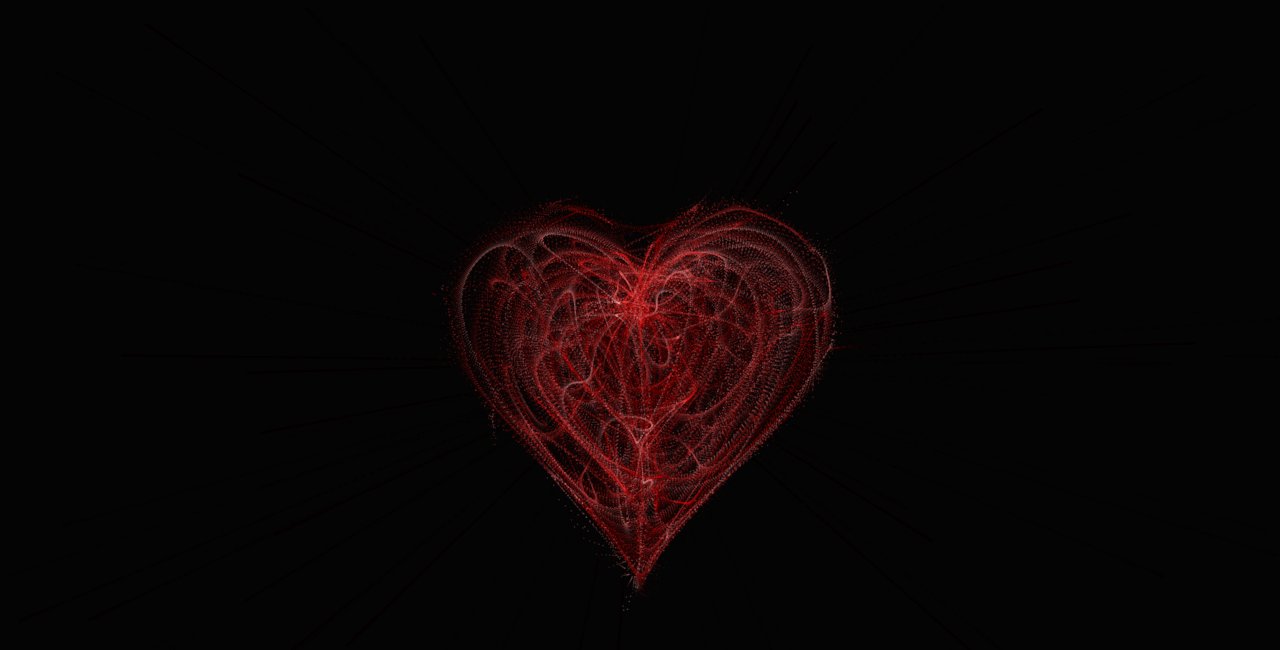
Repository: ngoclong2904/codeTraiTim
Page: traiTim.html
The author's editor kept a copy of each file at every save. The page is drawn from the files as they stood at one save, then again after the next save.
The browser window is 1280 px wide. The pictures show the whole page.

Above is the page before, as saved 2022-11-09 00:29:54.

After the next save:
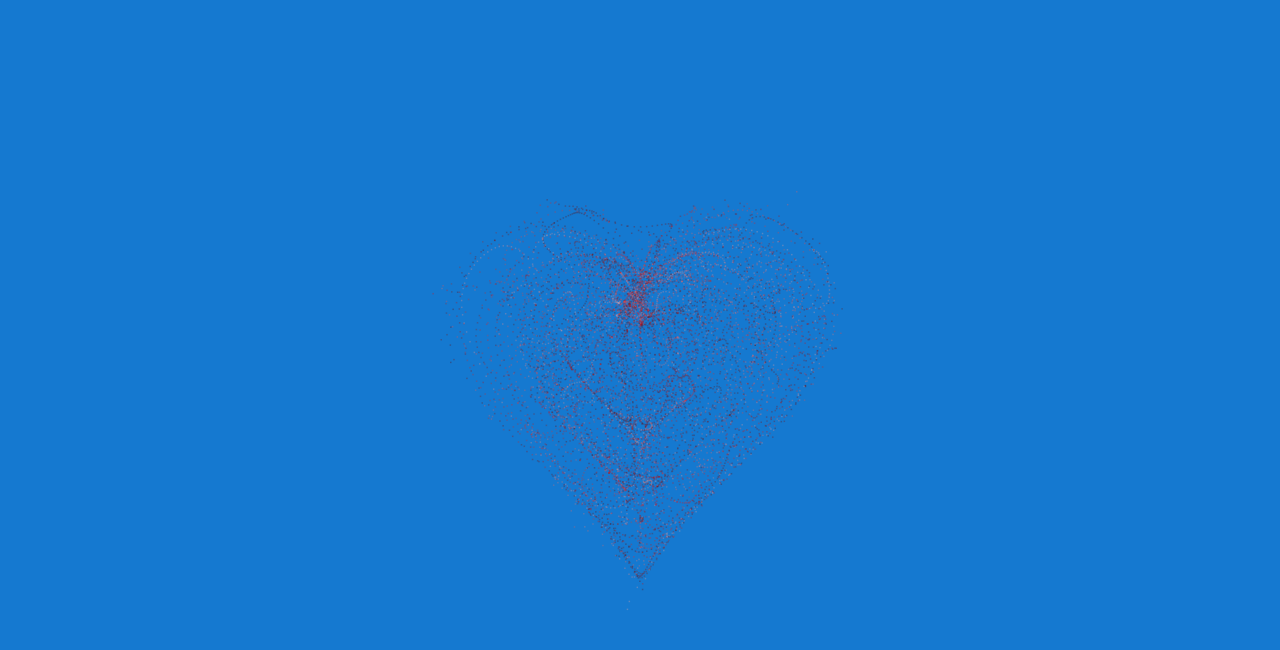
Saved 9 s later.
--- a/traiTim.html
+++ b/traiTim.html
@@ -138,7 +138,7 @@
           pulse((1 + n) * 0.5, (1 + n) * 0.5);
           time +=
             (Math.sin(time) < 0 ? 9 : n > 0.8 ? 0.2 : 1) * config.timeDelta;
-          ctx.fillStyle = "rgba(0,0,0,.1)";
+          ctx.fillStyle = "rgba(21, 121, 208)";
           ctx.fillRect(0, 0, width, height);
           for (i = e.length; i--; ) {
             var u = e[i];

After the save that followed:
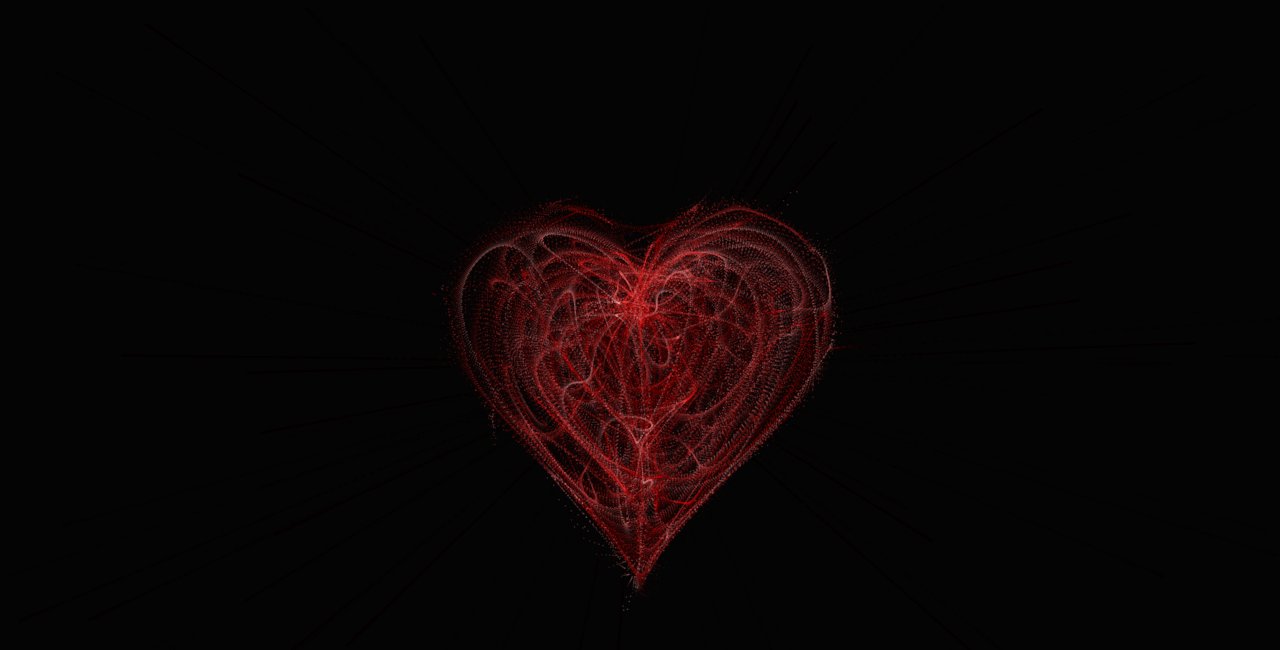
Saved 11 s later.
--- a/traiTim.html
+++ b/traiTim.html
@@ -138,7 +138,7 @@
           pulse((1 + n) * 0.5, (1 + n) * 0.5);
           time +=
             (Math.sin(time) < 0 ? 9 : n > 0.8 ? 0.2 : 1) * config.timeDelta;
-          ctx.fillStyle = "rgba(21, 121, 208)";
+          ctx.fillStyle = "rgba(0,0,0,.1)";
           ctx.fillRect(0, 0, width, height);
           for (i = e.length; i--; ) {
             var u = e[i];
